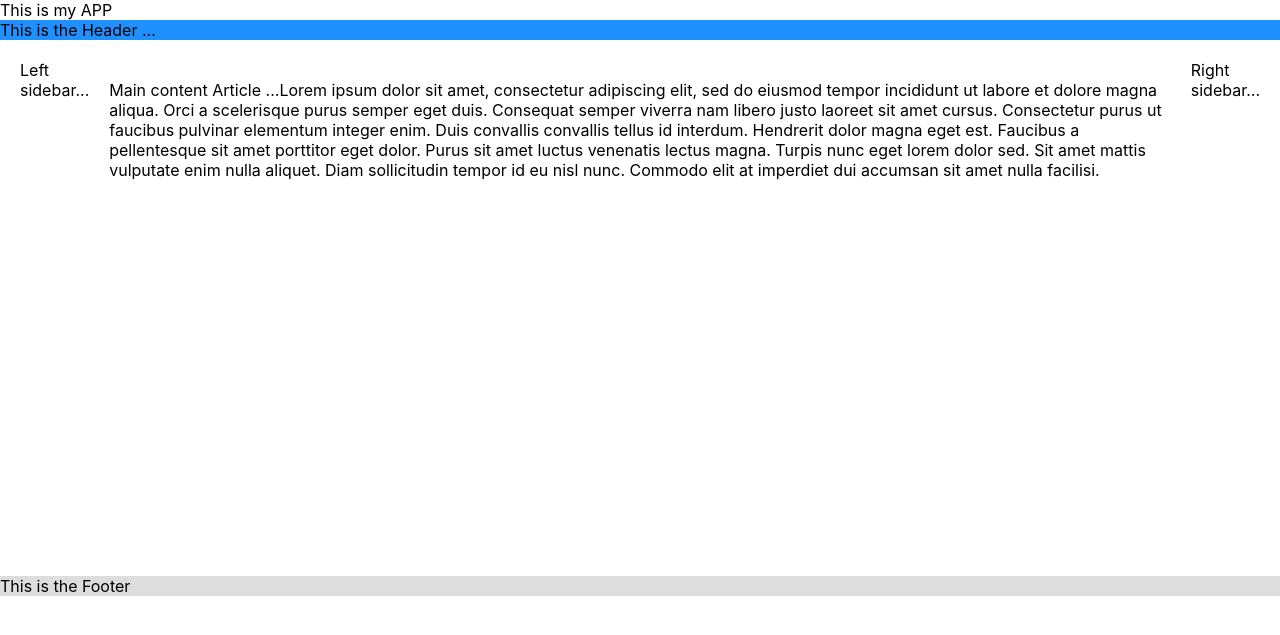
Repository: vnevescode/ui-components-react
Page: /
The author's editor kept a copy of each file at every save. The page is drawn from the files as they stood at one save, then again after the next save.
The browser window is 1280 px wide. The pictures show the whole page.
The project was rebuilt for these pictures with package versions that can differ from the ones it lists, and the page was loaded fresh each time. Also part of the build but not shown: src/components/Cards/Cards.styles.css, src/components/Cards/Cards.jsx.

Above is the page before, as saved 2022-06-09 22:55:53.

After the next save:
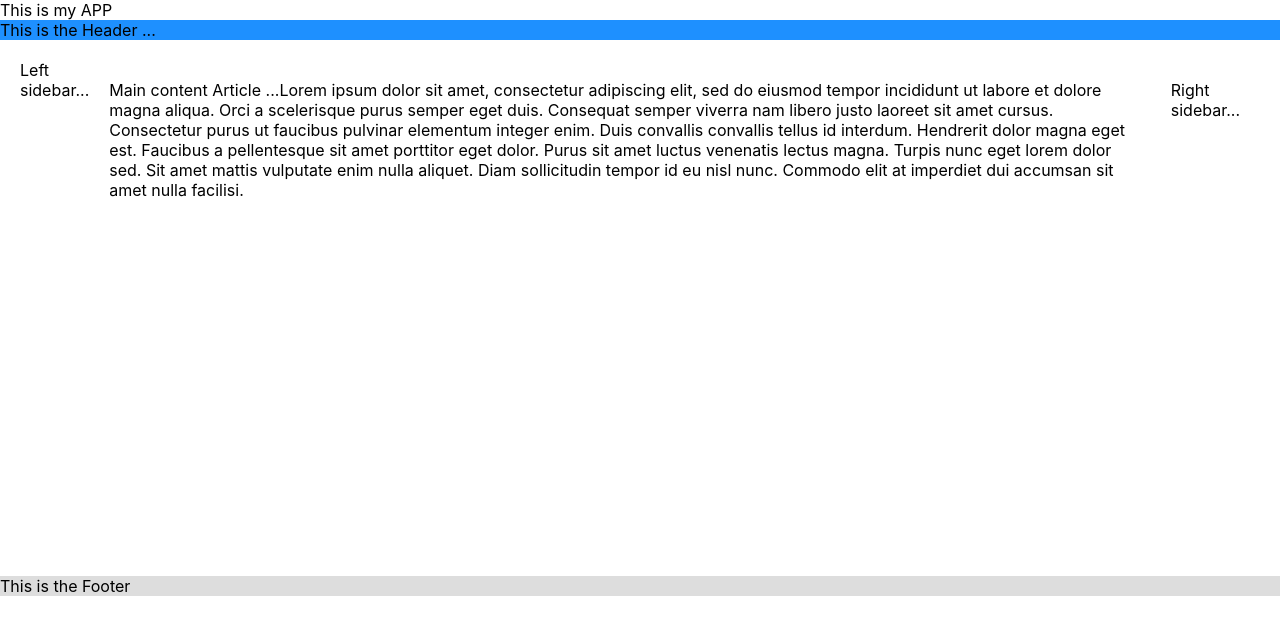
Saved 9 s later.
--- a/src/components/HolyGrailLayout/HolyGrailLayout.styles.css
+++ b/src/components/HolyGrailLayout/HolyGrailLayout.styles.css
@@ -17,6 +17,7 @@
 
     .container__left{
         width: 25%;
+        margin: 20px;
     }
     .container__middle{
         /* Take the remaining width */
@@ -26,6 +27,7 @@
 
     .container__right{
         width: 20%;
+        margin: 20px;
     }
 
     .container__footer{
